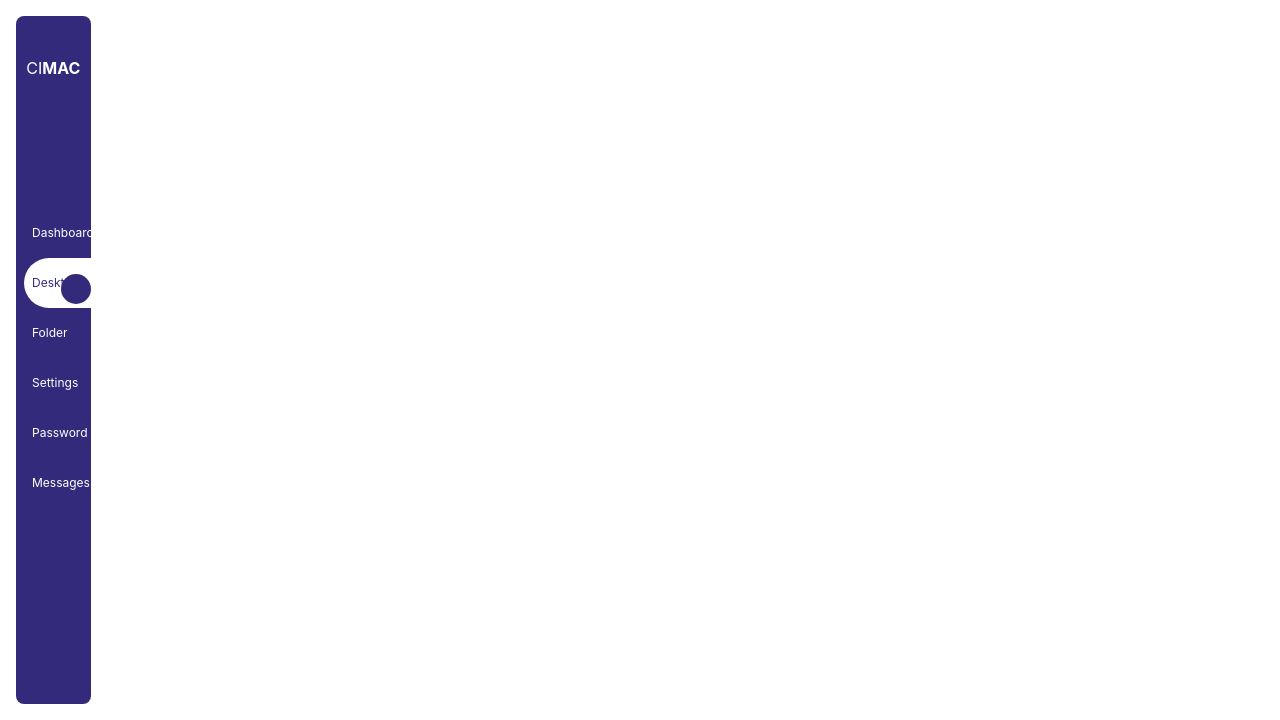
Repository: charleyvibez/experiment-Utility-software-UI
Page: index.html
An editor plug-in stored every save of this project. The page is shown before and after a run of saves, followed by the edit.
The browser window is 1280 px wide. The pictures show the whole page.

Above is the page before, as saved 2020-03-17 23:40:47.

After the next 2 saves:
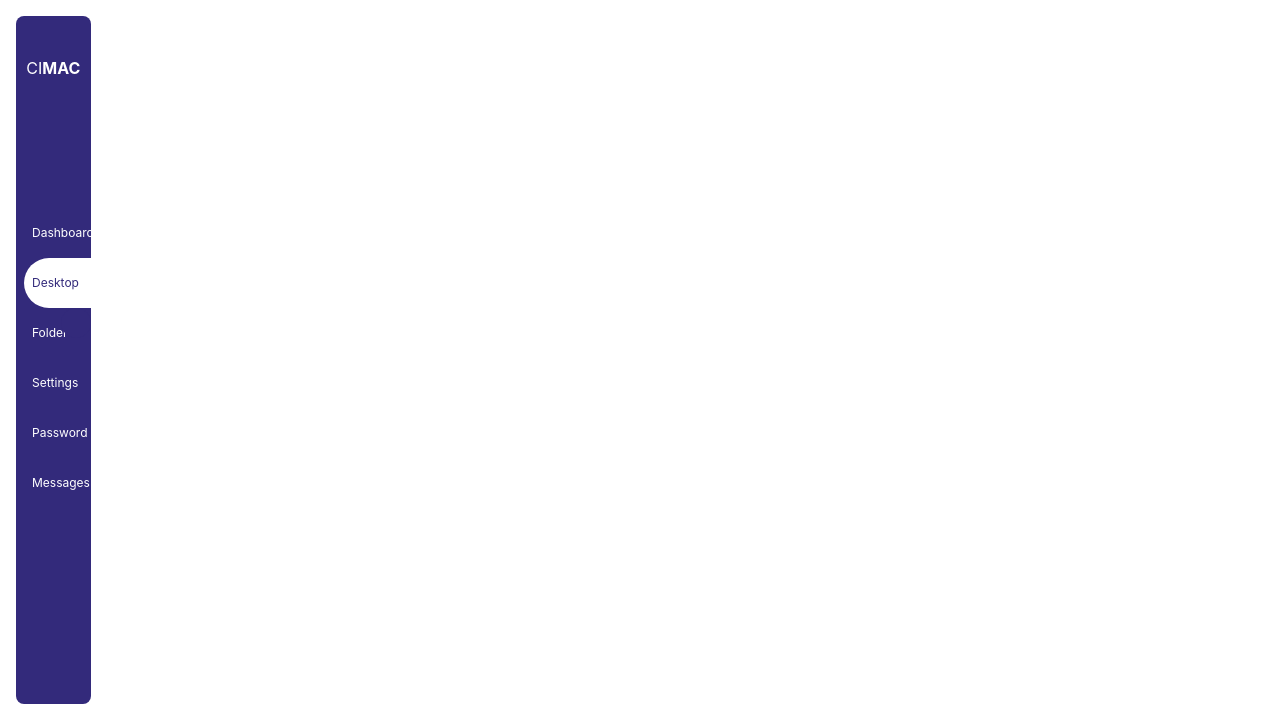
The 2 saves are shown as one change because they came seconds apart.
The last was saved 9 s later.
--- a/index.css
+++ b/index.css
@@ -15,7 +15,7 @@
   height: 30px;
   width: 30px;
   border-radius: 50%;
-  bottom: -30;
+  bottom: -30px;
   right: 0;
   background: #332a7b;
 }
